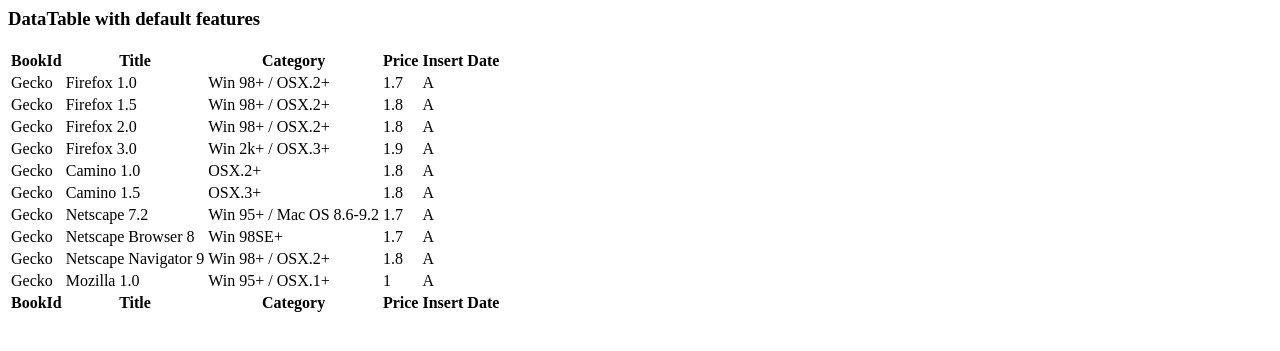
Repository: gw9955/eGov
Page: http://localhost/egovProj/WEB-INF/views/book/list.jsp
The author's editor kept a copy of each file at every save. The page is drawn from the files as they stood at one save, then again after the next save.
The browser window is 1280 px wide. The pictures show the whole page.
The page is served by Tomcat 9. Nobody is signed in. The template is opened directly, without the code that normally fills it, so the values that code supplies are empty.

Above is the page before, as saved 2022-11-11 08:30:06.

After the next save:
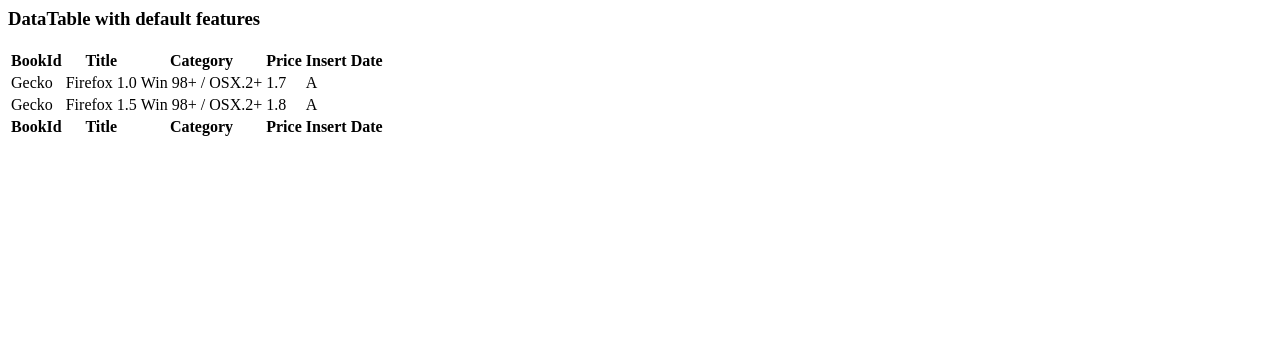
Saved 68 s later.
--- a/egovProj/src/main/webapp/WEB-INF/views/book/list.jsp
+++ b/egovProj/src/main/webapp/WEB-INF/views/book/list.jsp
@@ -44,62 +44,6 @@
 								<td>Firefox 1.5</td>
 								<td>Win 98+ / OSX.2+</td>
 								<td>1.8</td>
-								<td>A</td>
-							</tr>
-							<tr class="odd">
-								<td class="dtr-control sorting_1" tabindex="0">Gecko</td>
-								<td>Firefox 2.0</td>
-								<td>Win 98+ / OSX.2+</td>
-								<td>1.8</td>
-								<td>A</td>
-							</tr>
-							<tr class="even">
-								<td class="dtr-control sorting_1" tabindex="0">Gecko</td>
-								<td>Firefox 3.0</td>
-								<td>Win 2k+ / OSX.3+</td>
-								<td>1.9</td>
-								<td>A</td>
-							</tr>
-							<tr class="odd">
-								<td class="sorting_1 dtr-control">Gecko</td>
-								<td>Camino 1.0</td>
-								<td>OSX.2+</td>
-								<td>1.8</td>
-								<td>A</td>
-							</tr>
-							<tr class="even">
-								<td class="sorting_1 dtr-control">Gecko</td>
-								<td>Camino 1.5</td>
-								<td>OSX.3+</td>
-								<td>1.8</td>
-								<td>A</td>
-							</tr>
-							<tr class="odd">
-								<td class="sorting_1 dtr-control">Gecko</td>
-								<td>Netscape 7.2</td>
-								<td>Win 95+ / Mac OS 8.6-9.2</td>
-								<td>1.7</td>
-								<td>A</td>
-							</tr>
-							<tr class="even">
-								<td class="sorting_1 dtr-control">Gecko</td>
-								<td>Netscape Browser 8</td>
-								<td>Win 98SE+</td>
-								<td>1.7</td>
-								<td>A</td>
-							</tr>
-							<tr class="odd">
-								<td class="sorting_1 dtr-control">Gecko</td>
-								<td>Netscape Navigator 9</td>
-								<td>Win 98+ / OSX.2+</td>
-								<td>1.8</td>
-								<td>A</td>
-							</tr>
-							<tr class="even">
-								<td class="sorting_1 dtr-control">Gecko</td>
-								<td>Mozilla 1.0</td>
-								<td>Win 95+ / OSX.1+</td>
-								<td>1</td>
 								<td>A</td>
 							</tr>
 						</tbody>
